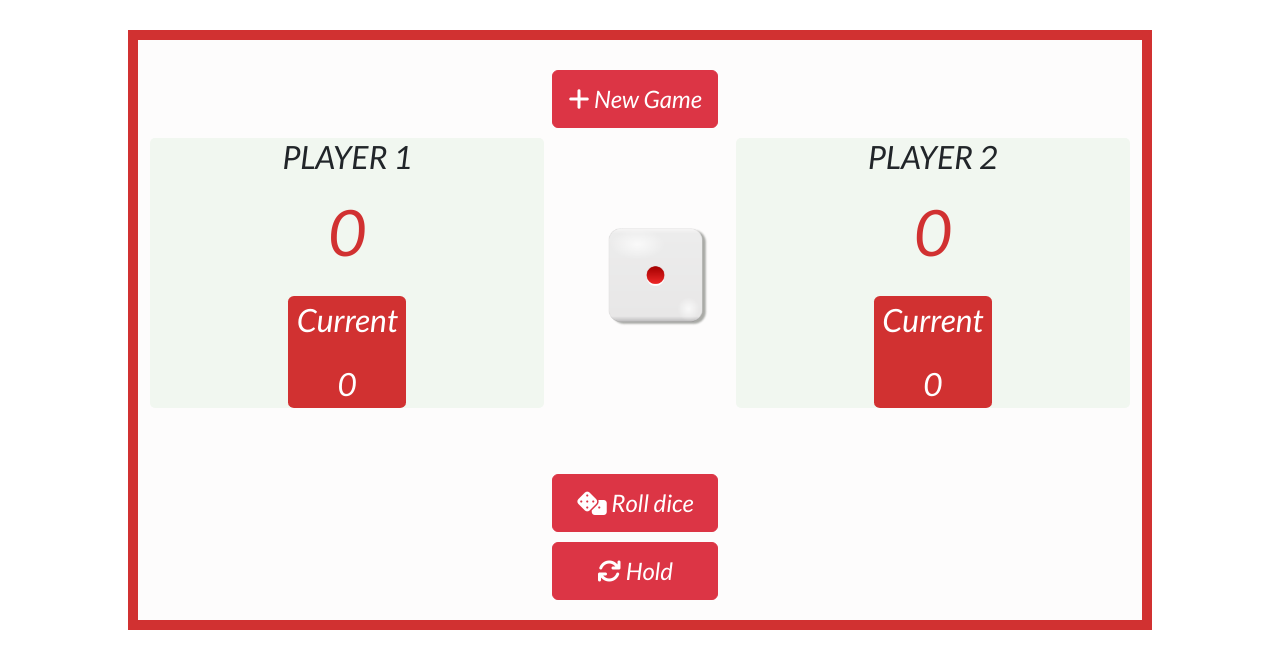
Repository: haifabilel/Eval_JAVASCRIPT
Page: index.html
These files come from the project's save history. The page is drawn as it stood at one moment and after a run of saves; the edit follows.
The browser window is 1280 px wide. The pictures show the whole page.
Some web libraries are served in a nearby version.

Above is the page before, as saved 2023-06-03 19:39:00.
Console error: SyntaxError: Invalid or unexpected token

### index.html
<!DOCTYPE html>
<html lang="fr">
<head>
    <meta charset="UTF-8">
    <meta http-equiv="X-UA-Compatible" content="IE=edge">
    <meta name="viewport" content="width=device-width, initial-scale=1.0">
    <title>GameEval</title>
    <!-- Bootstrap -->
    <link href="https://cdn.jsdelivr.net/npm/bootstrap@5.3.0-alpha3/dist/css/bootstrap.min.css" rel="stylesheet" integrity="sha384-KK94CHFLLe+nY2dmCWGMq91rCGa5gtU4mk92HdvYe+M/SXH301p5ILy+dN9+nJOZ" crossorigin="anonymous">
    <!-- Bootstrap icons CSS -->
    <link rel="stylesheet" href="https://cdn.jsdelivr.net/npm/bootstrap-icons@1.6.1/font/bootstrap-icons.css">
    <!-- font awesome cdn link-->
    <link rel="stylesheet" href="https://cdnjs.cloudflare.com/ajax/libs/font-awesome/6.3.0/css/all.min.css" integrity="sha512-SzlrxWUlpfuzQ+pcUCosxcglQRNAq/DZjVsC0lE40xsADsfeQoEypE+enwcOiGjk/bSuGGKHEyjSoQ1zVisanQ==" crossorigin="anonymous" referrerpolicy="no-referrer">
    <!-- CSS Link -->
    <link rel="stylesheet" href="style.css">
</head>
<body>
    <div class="container-fluid" >
     <header>
         <button class="btn btn_newGame btn-danger"><i class="fa-solid fa-plus"></i> New Game</button>
    </header>
    <main>
        <div class="row">
            <!-- Player One  -->
            <div class="col-sm-5 mx-auto ">
                <section class="player player_0 player_active">
                    <h2 class="label" id="label_0">PLAYER 1</h2>
                    <p class="score" id="score_0" >0</p>
                    <div class="current">
                        <p class="current_label">Current</p>
                        <p class="current_score" id="current_0">0</p>
                    </div>
                </section>
            </div>
            <!-- Dice image -->
            <div class="col-sm-2 mx-auto">
                <img src="/asset/dice1.png" alt="imageDice" class="dice" style="width: 100px;">
            </div>
             <!-- Player Tow  -->
             <div class="col-sm-5 mx-auto">
                <section class="player player_1">
                    <h2 class="label" id="label_1">PLAYER 2</h2>
                    <p class="score" id="score_1">0</p>
                    <div class="current">
                        <p class="current_label">Current</p>
                        <p class="current_score" id="current_1">0</p>
                    </div>
                </section>
             </div>
        </div>
    </main>
    <!-- Button RollDice -->
    <div class="button_roll">
        <button class="btn btn_roll btn-danger"><i class="fa-solid fa-dice"></i> Roll dice</button>
    </div>
    <div class="button_hold">
        <button class="btn btn_hold btn-danger"><i class="fa-solid fa-arrows-rotate"></i> Hold</button>
    </div>
    </div>


    <script src="https://code.jquery.com/jquery-3.5.1.slim.min.js" integrity="sha384-DfXdz2htPH0lsSSs5nCTpuj/zy4C+OGpamoFVy38MVBnE+IbbVYUew+OrCXaRkfj" crossorigin="anonymous"></script>
    <script src="https://cdn.jsdelivr.net/npm/popper.js@1.16.0/dist/umd/popper.min.js" integrity="sha384-Q6E9RHvbIyZFJoft+2mJbHaEWldlvI9IOYy5n3zV9zzTtmI3UksdQRVvoxMfooAo" crossorigin="anonymous"></script>
    <script src="https://cdn.jsdelivr.net/npm/bootstrap@5.3.0-alpha3/dist/js/bootstrap.bundle.min.js" integrity="sha384-ENjdO4Dr2bkBIFxQpeoTz1HIcje39Wm4jDKdf19U8gI4ddQ3GYNS7NTKfAdVQSZe" crossorigin="anonymous"></script>
    <script src="script.js"></script>
</body>
</html>

### style.css
@import url('https://fonts.googleapis.com/css2?family=Lato:ital,wght@1,300;1,400;1,700&display=swap');
*{
    font-family: Lato;
}
.container-fluid{
    box-shadow:0.5rem 1 rem rgba(0,0,0,.5);
    background-color: #fdfcfc;
    width:80%;
    height: 600px;
    border: 10px solid  #d13131;
    margin-top: 30px;
}
.row{
    margin-top:80px;
}
/* Playerss */
.player_0 , .player_1{
    background-color:#f1f7f0;
    text-align:center;
    border-radius:5px;
    margin-top:-70px;
}
/* Current */
.current{
    background-color: #d13131;
    width:30%;
    font-size:1.5rem;
    border-radius:5%;
    text-align:center;
    margin-left :35%;
    color:white;
    font-size:2rem;
}
/* Scors */
.score{
    color:#d13131;
    font-size:4rem;
}
.current_score{
    color:white;
    font-size:2rem;
}
/* Buttons */
.btn_roll{
    margin-left:41%;
    margin-top:50px;
    width:17%;
    font-size:1.5rem;
    padding:10px;

}
.btn_hold{
    padding:10px;
    margin-left:41%;
    margin-top:10px;
    width:17%;
    font-size:1.5rem;

}
.btn_newGame{
    margin-top:30px;
    padding: 10px;
    margin-left:41%;
    width:17%;
    font-size:1.5rem;
}
/* Image Dice */
img{
    margin:20px 40px;
}
.hidden{
    display:none;
}
.player_winn{
    background:url(/asset/golden-winners-cup_1284-18399.avif);
    background-size: cover;
    background-position:center;


}

### script.js
//Players
const playerOne = document.getElementById('player_0');
const playerTow = document.getElementById('player_1');
//Score
const score0 = document.getElementById('score_0');
const score1 = document.getElementById('score_1');
//Dice
const dice = document.querySelector('.dice');
//buttons
const buttonRoll = document.querySelector('.btn_roll');
const buttonHold = document.querySelector('.btn_hold');
const buttonNewGame = document.querySelector('.btn_newGame');
//Current
const current0 = document.getElementById('current_0');
const current1 = document.getElementById('current_1');

score0.textContent = 0 ;
score1.textContent = 0 ;
dice.classList.add("hidden");

let scores = [0 , 0]
let activePlayer = 0 ;
let currentScore = 0 ;

const switchPlayer = function(){
    document.getElementById(`current_${activePlayer}`).textContent = 0;
    activePlayer = activePlayer === 0 ? 1 : 0;
    currentScore = 0;
    playerOne.classList.toggle("player_active");
    playerTow.classList.toggle("player_active");
}
//buttonRoll
buttonRoll.addEventListener("click", function() {
    dice.classList.remove("hidden");

    //Generate number 1 to 6
    const diceRandom = Math.floor(Math.random() * 6) + 1;
    dice.src =`/asset/dice${diceRandom}.png`

//   Sound game
const audio = new Audio('/asset/programmation-web_de-2_asset_son.mp3');

const lanseSon = function() {
    audio.play()
}
audio.addEventListener('canplaythrough', lanseSon);

//Rolled
if(diceRandom !==1){
    currentScore += diceRandom;
    document.getElementById(`current_${activePlayer}`).textContent = currentScore;

}else{
    //Switch Player
    switchPlayer();
}
});
//ButtonHold
buttonHold.addEventListener('click',function(){
    scores[activePlayer] += currentScore;
    document.getElementById(`score_${activePlayer}`).textContent = scores[activePlayer];

    if(scores[activePlayer] >=100){
        document.querySelector(`.player_${activePlayer}`).innerHTML('<img src='>');
        const audio = new Audio('/asset/tadaa-47995.mp3');

        const lanseSon1 = function() {
            audio.play()
        }
        audio.addEventListener('canplaythrough', lanseSon1);

    }else{
        switchPlayer();
    }
});
//  Button NewGame
buttonNewGame.addEventListener ('click',function(){
    document.location.reload();
 })

After the next 7 saves:
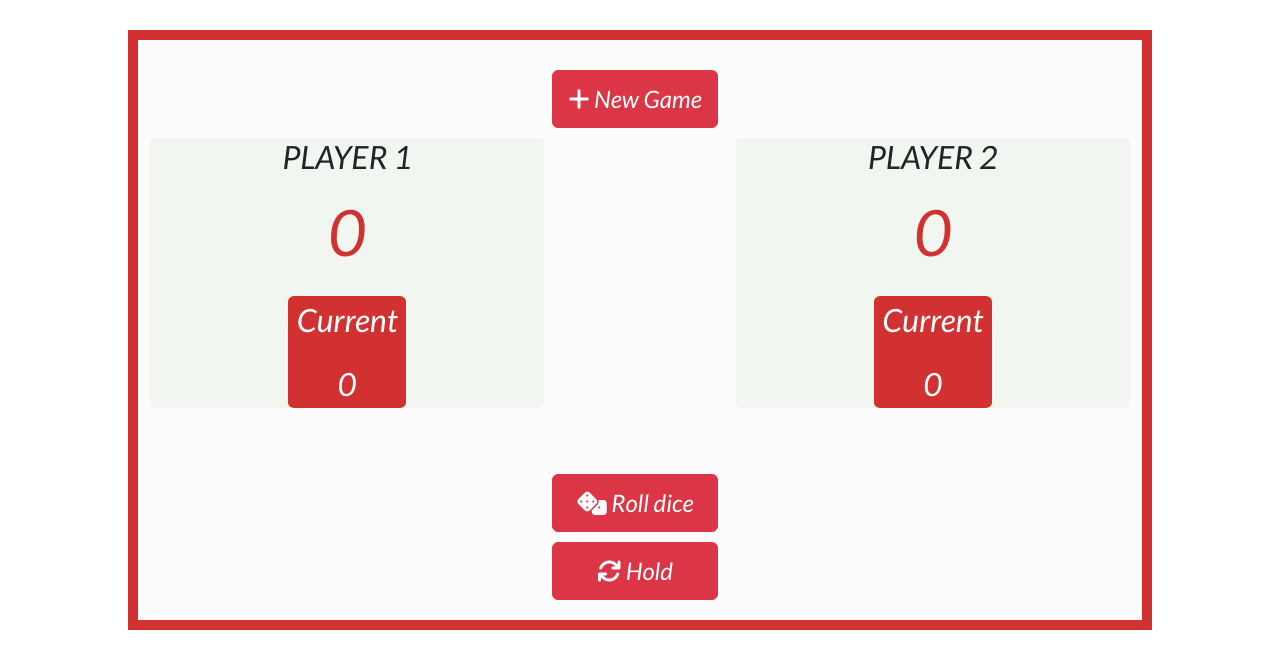
The error is gone.
The 7 saves are shown as one change because they came seconds apart.
The last was saved 20 s later.
--- a/script.js
+++ b/script.js
@@ -61,7 +61,7 @@ buttonHold.addEventListener('click',function(){
     document.getElementById(`score_${activePlayer}`).textContent = scores[activePlayer];
 
     if(scores[activePlayer] >=100){
-        document.querySelector(`.player_${activePlayer}`).innerHTML('<img src='>');
+        document.querySelector(`.player_${activePlayer}`).innerHTML('<img src="/asset/">');
         const audio = new Audio('/asset/tadaa-47995.mp3');
 
         const lanseSon1 = function() {
